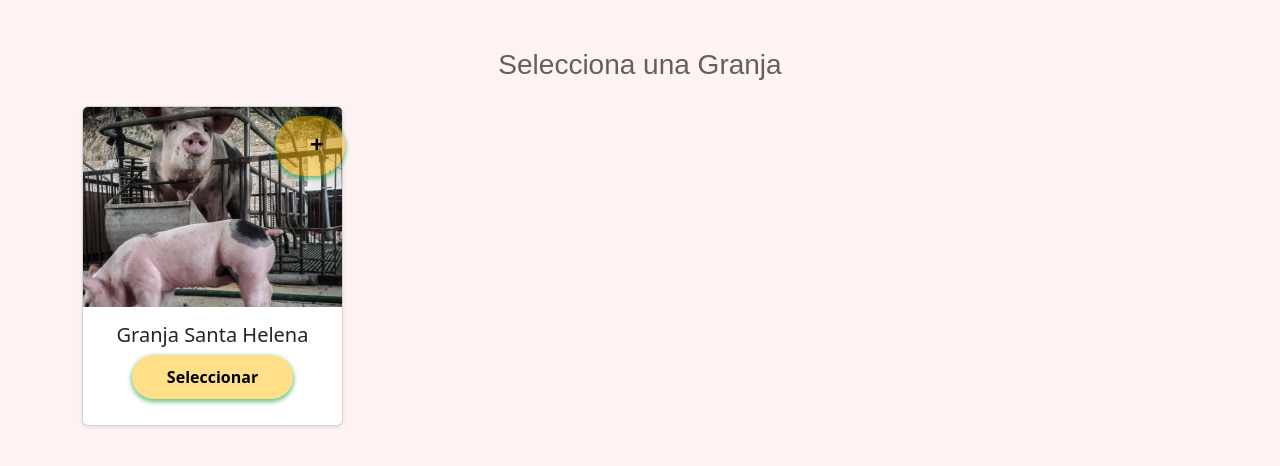
Repository: Mateojimenezz/Granja-Santa-Helena
Page: seleccionarGranja.html
An editor plug-in stored every save of this project. The page is shown before and after the next save, followed by the edit.
The browser window is 1280 px wide. The pictures show the whole page.
Some web fonts or font styles are not loaded; a fallback is used.

Above is the page before, as saved 2025-05-13 11:04:19.

### seleccionarGranja.html
<!DOCTYPE html>
<html lang="es">
<head>
    <meta charset="UTF-8">
    <meta name="viewport" content="width=device-width, initial-scale=1.0">
    <title>La Granja</title>
    <link href="https://cdn.jsdelivr.net/npm/bootstrap@5.3.3/dist/css/bootstrap.min.css" rel="stylesheet" integrity="sha384-QWTKZyjpPEjISv5WaRU9OFeRpok6YctnYmDr5pNlyT2bRjXh0JMhjY6hW+ALEwIH" crossorigin="anonymous">

    <link rel="stylesheet" href="./assets/css/seleccionarGranja.css">
    <link rel="stylesheet" href="https://cdn.jsdelivr.net/npm/bootstrap-icons@1.11.3/font/bootstrap-icons.min.css">
    <link href="https://fonts.googleapis.com/css2?family=Calistoga&display=swap" rel="stylesheet">

  </head>
<body>
    <div class="container mt-5">
        <h3 class="text-center mb-4">Selecciona una Granja</h3>

        <div class="row g-4" id="granjas-list">
            <!-- Primera granja fija -->
            <div class="col-md-3 " id="granjas-container">
                   <a href="agregarGranja.html" id="agregar-granja" class="btn btn-form"> + </a>
                <div class="card shadow-sm">
                    <img src="./assets/img/granja2.jpg" class="card-img-top" alt="Santa Helena">
                    <div class="card-body text-center">
                        <h5 class="card-title">Granja Santa Helena</h5>
                        <button class="btn btn-form" onclick="seleccionarGranja('Santa Helena')">Seleccionar</button>
                    </div>
                </div>
            </div>

            <!-- Aquí se agregarán las granjas dinámicamente -->
        </div>

        <!-- Botón para ir a la página de agregar nueva granja -->
        <div class="text-center mt-4">

        </div>
    </div>






  <!-- bootstrap JS -->
  <script src="https://cdn.jsdelivr.net/npm/bootstrap@5.3.3/dist/js/bootstrap.bundle.min.js" integrity="sha384-YvpcrYf0tY3lHB60NNkmXc5s9fDVZLESaAA55NDzOxhy9GkcIdslK1eN7N6jIeHz" crossorigin="anonymous"></script>
  <script src="./assets/js/seleccionarGranja.js"></script>




</body>

</html>

### assets/css/seleccionarGranja.css

@import "./variables.css";
body{
    background-color: var( --color-FondoDiv2);
}
.container h3 {
    text-align: center;
    margin-bottom: 20px;
    color: var(--color-TextoMenuLateral);
    font-family: var(--font-principal);
}
.granja-card {
    width: 150px;
    margin: 10px;
    padding: 10px;
    border: 1px solid #ccc;
    border-radius: 8px;
    text-align: center;
    box-shadow: 2px 2px 10px rgba(0,0,0,0.2);
}



.granja-card button {
    margin-top: 10px;
    background-color: #007bff;
    color: white;
    border: none;
    padding: 5px 10px;
    cursor: pointer;
    border-radius: 5px;
}
.card-img-top {
    width: 100%;
    height: 200px; /* Ajusta según el diseño */
    object-fit: cover; /* Recorta la imagen para que se ajuste sin deformarse */

}
.btn-form{
    background-color: var(  --color-Botones);
    padding: 10px 35px;
    margin-bottom: 10px;
    border: none;
    border-radius: 30px;
    color: black;
    font-weight: bold;
    box-shadow: 0 2px 4px 1px  rgba(25, 157, 60, 0.6) /* Sombra verde */

  }
  .btn-form:hover {
    background-color: #f4cf50; /* Tonalidad más oscura */
    color: black;
  }
  .btn-form:active {
    background-color:var(--color-principal)!important;
    color: white !important;
    box-shadow: none !important;
  }

#granjas-container {
    display: flex;
    flex-wrap: wrap; /* Permite que las tarjetas se acomoden en varias filas */
    justify-content: flex-start; /* Las tarjetas se alinean desde la izquierda */
    align-items: flex-start; /* Mantiene el alineado superior */
    position: relative;
    gap: 15px; /* Espaciado entre tarjetas */
}

/* 🔥 Ubicación fija del botón + en la esquina superior derecha */
#agregar-granja {
    position: absolute;
    top: 10px;
    right: 10px;
    z-index: 10; /* Asegura que el botón esté visible */
    width: 60px;
    height: 60px;
    font-size: 24px;
    text-align: center;
}

/* 🌟 Asegurar que las tarjetas tengan un tamaño uniforme */
.granja-card {
    flex: 1 1 auto; /* Permite que las tarjetas crezcan y se acomoden automáticamente */
}

### assets/js/seleccionarGranja.js
// ✅ Mostrar vista previa de imagen antes de guardarla
document.getElementById("imagen")?.addEventListener("change", function(event) {
    const file = event.target.files[0];
    const reader = new FileReader();

    reader.onload = function() {
        document.getElementById("preview").src = reader.result;
        document.getElementById("preview").style.display = "block";
    };

    if (file) {
        reader.readAsDataURL(file);
    }
});

// ✅ Guardar nueva granja y redirigir a `seleccionarGranja.html`
document.getElementById("form-granja")?.addEventListener("submit", function(event) {
    event.preventDefault();

    const nombreGranja = document.getElementById("nombre").value;
    const urlImagen = document.getElementById("preview").src;

    if (nombreGranja && urlImagen) {
        let granjas = JSON.parse(localStorage.getItem("granjas")) || [];
        granjas.push({ nombre: nombreGranja, imagen: urlImagen });
        localStorage.setItem("granjas", JSON.stringify(granjas));

        alert("Granja agregada correctamente!");

        window.location.href = "seleccionarGranja.html"; // Redirigir
    }
});

// ✅ Cargar las granjas guardadas en `seleccionarGranja.html`
document.addEventListener("DOMContentLoaded", function() {
    const listaGranjas = document.getElementById("granjas-list");
    let granjas = JSON.parse(localStorage.getItem("granjas")) || [];

    if (granjas.length === 0) {
        console.warn("No hay granjas en el localStorage.");
    }

    granjas.forEach(granja => {
        const nuevaGranja = document.createElement("div");
        nuevaGranja.classList.add("col-md-3");

        nuevaGranja.innerHTML = `
            <div class="card shadow-sm">
                <img src="${granja.imagen}" class="card-img-top" alt="Imagen de ${granja.nombre}">
                <div class="card-body text-center">
                    <h5 class="card-title">${granja.nombre}</h5>
                    <button class="btn btn-form" onclick="seleccionarGranja('${granja.nombre}')">Seleccionar</button>
                </div>
            </div>
        `;

        listaGranjas.appendChild(nuevaGranja);
    });
});

function seleccionarGranja(nombre) {
    alert(`Has seleccionado la granja: ${nombre}`);
    localStorage.setItem("granjaSeleccionada", nombre);
    window.location.href = "dashboard.html"; // Redirigir a la vista de la granja
}

// ✅ Guardar la granja seleccionada y redirigir a `inicio.html`
function seleccionarGranja(nombre) {
    localStorage.setItem("granjaSeleccionada", nombre);
    window.location.href = "paginaDeInicio.html"; // Redirigir a la página principal
}

### assets/css/variables.css
/* variables.css */
:root {
    --color-principal: #1CAD48 ;
    --color-Botones: rgba(255, 187, 0, 0.47);
    --color-texto: white;
    --color-fondo: #f5f5f5;
    --font-principal: 'calistoga','arial';
    --color-fondoDiv: #F8E91C;
    --color-FondoDiv2:#FFF2F2;
    --color-Footter: #D9D9D9;
    --letra-gris: #B0B0B7;
    --color-menu-lateral:#BDEAAD;
    --color-TextoMenuLateral:#645f5f; /* Color de texto del menú lateral */
    --fondo-formularios:#FFFFFF; /* Color de fondo de los formularios */
  }

After the next save:
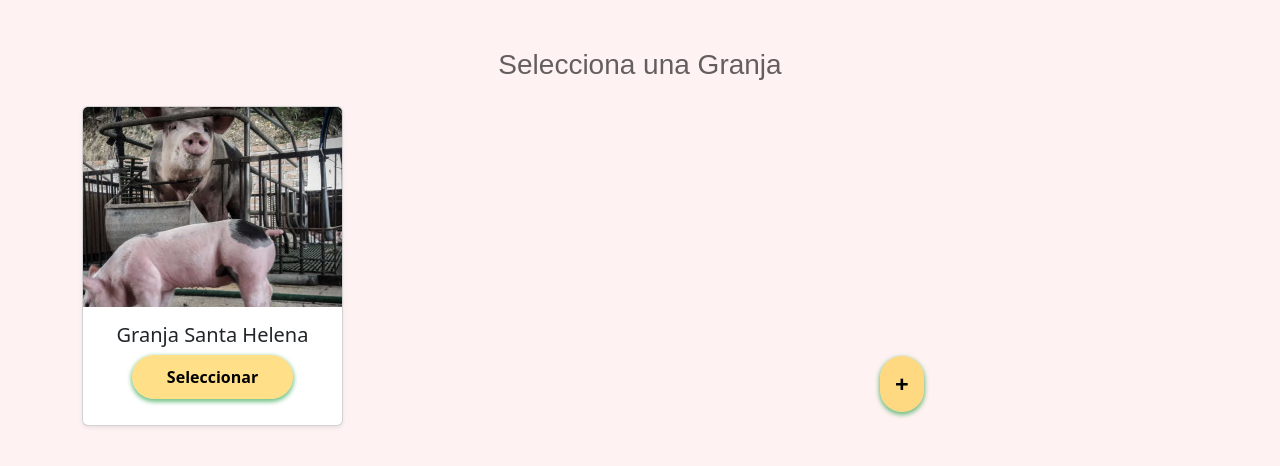
Saved 21 s later.
--- a/assets/css/seleccionarGranja.css
+++ b/assets/css/seleccionarGranja.css
@@ -58,27 +58,16 @@ body{
   }
 
 #granjas-container {
+    position: relative; /* Habilita posicionamiento dentro del contenedor */
     display: flex;
-    flex-wrap: wrap; /* Permite que las tarjetas se acomoden en varias filas */
-    justify-content: flex-start; /* Las tarjetas se alinean desde la izquierda */
-    align-items: flex-start; /* Mantiene el alineado superior */
-    position: relative;
-    gap: 15px; /* Espaciado entre tarjetas */
+
 }
 
-/* 🔥 Ubicación fija del botón + en la esquina superior derecha */
 #agregar-granja {
     position: absolute;
-    top: 10px;
-    right: 10px;
-    z-index: 10; /* Asegura que el botón esté visible */
-    width: 60px;
-    height: 60px;
+    top: 250px; /* Ajusta la distancia desde arriba */
+    left: 810px; /* Ajusta la distancia desde la derecha */
+    z-index: 10; /* Asegura que el botón esté por encima de otros elementos */
+    padding: 10px 15px;
     font-size: 24px;
-    text-align: center;
 }
-
-/* 🌟 Asegurar que las tarjetas tengan un tamaño uniforme */
-.granja-card {
-    flex: 1 1 auto; /* Permite que las tarjetas crezcan y se acomoden automáticamente */
-}
